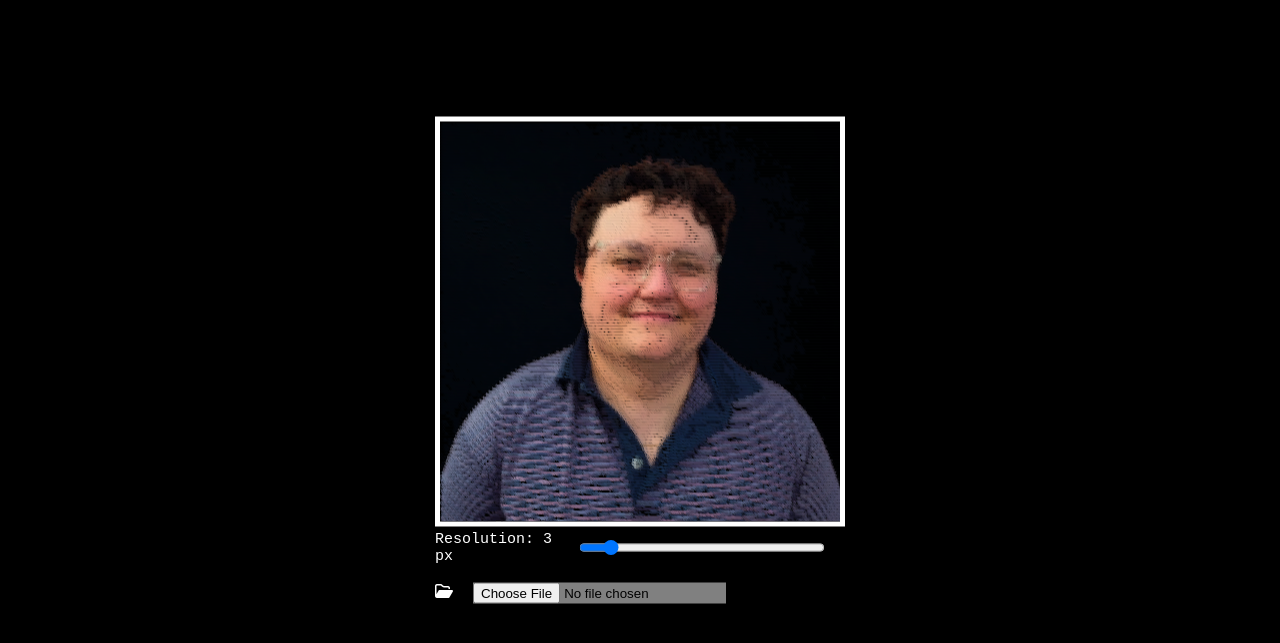
Repository: rosieomusic/ascii-art
Page: index.html
An editor plug-in stored every save of this project. The page is shown before and after the next save, followed by the edit.
The browser window is 1280 px wide. The pictures show the whole page.
Some web libraries are served in a nearby version.

Above is the page before, as saved 2025-05-06 15:42:07.

After the next save:
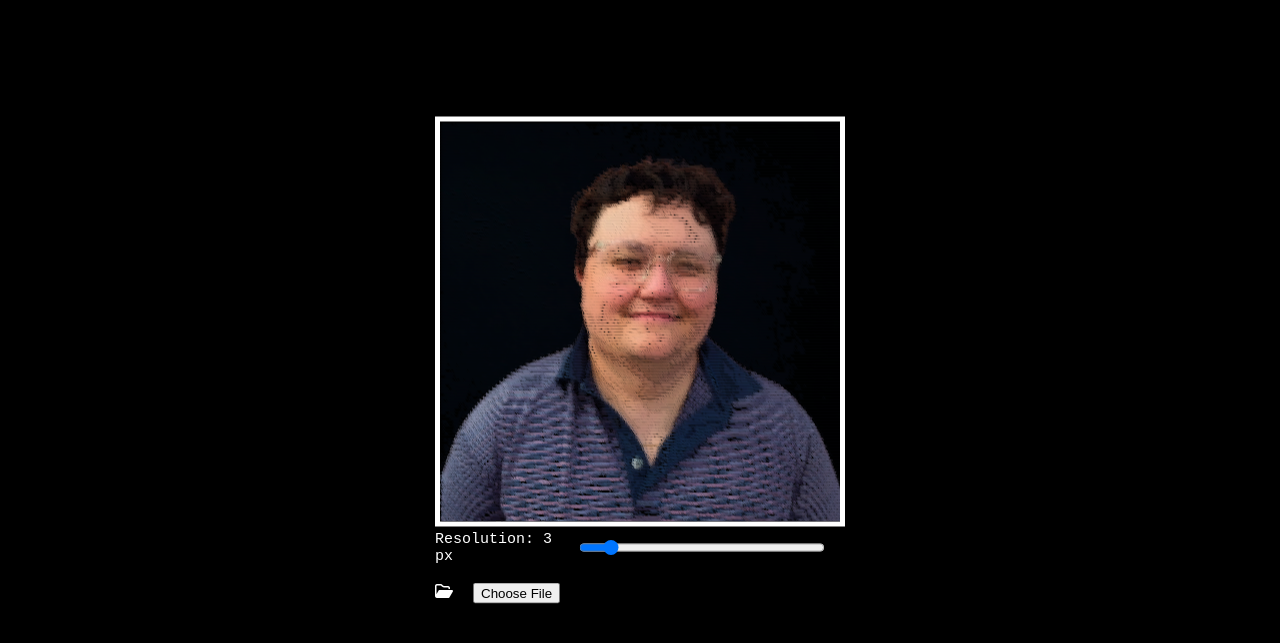
Saved 20 s later.
--- a/styles.css
+++ b/styles.css
@@ -35,5 +35,4 @@ i {
 	display: flex;
 }
 #imageUpload {
-	background-color: gray;
 }
